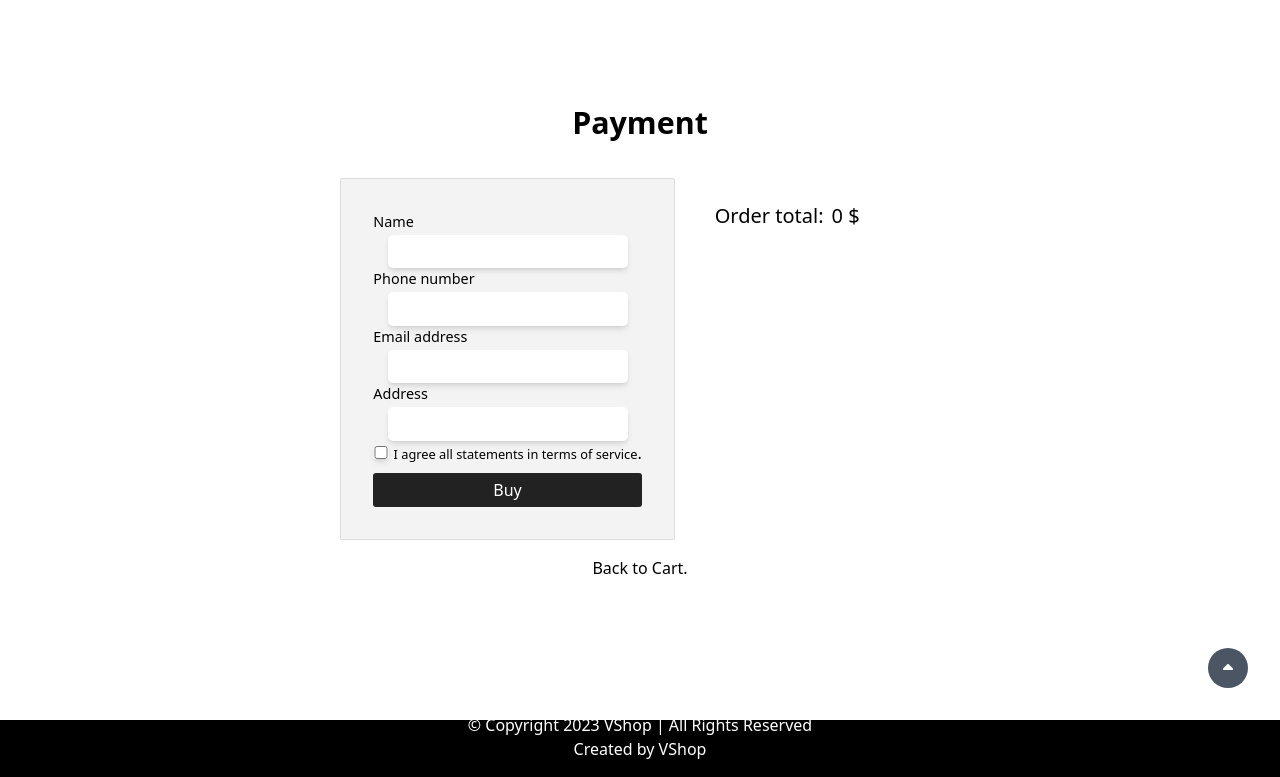
Repository: Kith933UTH/VSHOP
Page: /payment
An editor plug-in stored every save of this project. The page is shown before and after the next save, followed by the edit.
The browser window is 1280 px wide. The pictures show the whole page.
Pictures or frames that could not be fetched are drawn as grey boxes. The project was rebuilt for these pictures with package versions that can differ from the ones it lists, and the page was loaded fresh each time. Also part of the build but not shown: src/components/product-item/ProductItem.js, src/components/loader/Loader.js, src/constants/constants.js, src/components/product-filters/Category.js, src/components/product-filters/Price.js, src/components/product-filters/Rating.js, src/components/product-filters/ProductFilters.js, src/components/cart-shopping/CartEmpty.js and 20 more.

Above is the page before, as saved 2023-08-04 21:46:46.

### public/index.html
<!DOCTYPE html>
<html lang="en">
  <head>
    <meta charset="utf-8" />
    <link rel="icon" href="./logo.png" />
    <meta name="viewport" content="width=device-width, initial-scale=1" />
    <meta name="theme-color" content="#000000" />
    <meta
      name="description"
      content="Web site created using create-react-app"
    />
    <link rel="apple-touch-icon" href="%PUBLIC_URL%/logo192.png" />
    <!--
      manifest.json provides metadata used when your web app is installed on a
      user's mobile device or desktop. See https://developers.google.com/web/fundamentals/web-app-manifest/
    -->
    <link rel="manifest" href="%PUBLIC_URL%/manifest.json" />
    <!--
      Notice the use of %PUBLIC_URL% in the tags above.
      It will be replaced with the URL of the `public` folder during the build.
      Only files inside the `public` folder can be referenced from the HTML.

      Unlike "/favicon.ico" or "favicon.ico", "%PUBLIC_URL%/favicon.ico" will
      work correctly both with client-side routing and a non-root public URL.
      Learn how to configure a non-root public URL by running `npm run build`.
    -->
    <title>VShop</title>
  </head>
  <body>
    <noscript>You need to enable JavaScript to run this app.</noscript>
    <div id="root"></div>
  </body>
</html>

### src/index.js
import React from 'react'
import ReactDOM from 'react-dom/client'
import App from './App'
import {Provider} from "react-redux"
import {BrowserRouter} from "react-router-dom"
import {store} from "./redux"
import './index.css'

const root = ReactDOM.createRoot(document.getElementById('root'))
root.render(
    <Provider store={store}>
        <BrowserRouter>
            <App />
        </BrowserRouter>
    </Provider>
)

### src/redux/index.js
import {configureStore} from "@reduxjs/toolkit"
import {productsApi} from "./products/products.api"
import {productReducer} from "./products/products.slice"
import {setupListeners} from "@reduxjs/toolkit/query"

export const store = configureStore({
    reducer: {
        [productsApi.reducerPath]: productsApi.reducer,
        product: productReducer
    },
    middleware: getDefaultMiddleware => getDefaultMiddleware().concat(productsApi.middleware)
})

setupListeners(store.dispatch)

### src/index.css
@tailwind base;
@tailwind components;
@tailwind utilities;

@layer utilities {
    input[type="number"]::-webkit-inner-spin-button,
    input[type="number"]::-webkit-outer-spin-button {
        @apply appearance-none;
    }
}

html, body {
    width: 100%;
    height: 100%;
}

body::-webkit-scrollbar,
.box-item::-webkit-scrollbar,
.search-box::-webkit-scrollbar{
    width: 8px;
}

main {
    display: flex;
    flex-direction: column;
    height: 100%;
}

body::-webkit-scrollbar-thumb,
.box-item::-webkit-scrollbar-thumb,
.search-box::-webkit-scrollbar-thumb{
    background-color: #ccc;
    border-radius: 20px;
}

#root {
    height: 100%;
}

body {
    overflow: hidden;
}

.productItem:hover {
    transition: opacity .3s linear;
    opacity: .5;
}

.box-item {
    height: 320px;
    overflow-y: scroll;
}

/* Loader */
.loader-box {
    width: 100px;
    height: 100px;
    display: flex;
    justify-content: center;
    align-items: center;
    margin: 50px auto 0;
}

.loader{
    position: relative;
    width: 70px;
    height: 70px;
}

.loader span {
    position: absolute;
    top:0;
    left: 0;
    width: 100%;
    height: 100%;
    transform: rotate(calc(18deg * var(--i)));
}

.loader span::before {
    content:'';
    position: absolute;
    top: 0;
    left: 0;
    width: 10px;
    height: 10px;
    background: #000;
    border-radius: 50%;
    transform: scale(0);
    animation: animate 2s linear infinite;
    animation-delay: calc(0.1s * var(--i));
}
@keyframes animate {
    0%{
        transform: scale(0);
    }
    10%{
        transform: scale(1.2);
    }
    80%,100%{
        transform: scale(0);
    }
}

### src/context/context.js
import {createContext} from "react"

export const Context = createContext()

### src/components/footer/Footer.js
import React from "react"
import { Contact } from "../contact/Contact"
import { Policy } from "../policy/Policy"
export function Footer() {
    return (
        <footer className='bg-black text-white in-h-fit'>
            {/* <div className='max-w-[1240px] mx-auto py-2 text-sm sm:text-base'>
                <div className='flex justify-center'>
                    <a href='https://github.com/VolodymyrGoshko/react-shop'
                       target='_blank'
                       rel="noreferrer"
                       className='capitalize border-b mb-3 text-base hover:text-gray-300 transition'
                    >
                        view source code on github
                    </a>
                </div>
                <div className='flex justify-center flex-col items-center'>
                    <p className='text-center'>© Copyright 2022 React Shop | All Rights Reserved</p>
                    <a href='https://www.linkedin.com/in/volodymyr-goshko-656ab920b/'
                       target="_blank"
                       rel="noreferrer"
                       className='hover:text-gray-300 transition'
                    >
                        Created by Volodymyr Goshko
                    </a>
                </div>
            </div> */}
            <Contact />
            <Policy />
            <div className='flex justify-center flex-col items-center my-4'>
                    <p className='text-center'>© Copyright 2023 VShop | All Rights Reserved</p>
                    <a href='#' className='hover:text-gray-300 transition' >
                        Created by VShop
                    </a>
                </div>
        </footer>
    )
}

### src/components/btn-scroll/BtnScroll.js
import React from "react"
import {FontAwesomeIcon} from "@fortawesome/react-fontawesome"
import {faCaretUp} from "@fortawesome/free-solid-svg-icons"

export function BtnScroll() {
    const topClick = () => {
        const body = document.querySelector('body').getBoundingClientRect().top + window.scrollY
        window.scroll({
            top: body,
            behavior: 'smooth'
        })
    }

    return (
        <button
            className='fixed bottom-8 right-4 bg-gray-600 text-white rounded-full w-[30px] h-[30px] md:w-[40px] md:h-[40px] md:right-8 md:bottom-8 z-20 shadow-gray-600'
            onClick={topClick}
        >
            <FontAwesomeIcon icon={faCaretUp}/>
        </button>
    )
}

### src/components/payment/Payment.js
import React from "react"
import {useDispatch, useSelector} from "react-redux"
import { Link } from "react-router-dom"
import { CartItemPayment } from "./CartItemPayment"
export function Payment({login}) {
    const {cart, btnCart} = useSelector(state => state.product)
    const totalPrice = () => {
        let price = 0
        cart.forEach(item => price += item.price * item.quantity)
        return Math.round(price * 0.9 * 100) / 100
    }
    return (
        <div className="register-page text-center m-5-auto">
            <h2>Payment</h2>
            <div className="flex flex-row justify-center">
                <form action="/success">
                    <p>
                        <label>Name</label><br/>
                        <input className='shadow-md' type="text" name="name" required />
                    </p>
                    <p>
                        <label>Phone number</label><br/>
                        <input className='shadow-md' type="tel" name="tel" required />
                    </p>
                    <p>
                        <label>Email address</label><br/>
                        <input className='shadow-md' type="email" name="email" required />
                    </p>
                    <p>
                        <label>Address</label><br/>
                        <input className='shadow-md'  type="text" name="address" required />
                    </p>
                    <p className='mb-2'>
                        <input className='shadow-md' type="checkbox" name="checkbox" id="checkbox" required /> <span>I agree all statements in <a href="https://google.com" target="_blank" rel="noopener noreferrer">terms of service</a></span>.
                    </p>
                    <p>
                        <button id="sub_btn" type="submit">Buy</button>
                    </p>
                </form>
                <div className={`sm:py-4 sm:px-6 ${cart.length > 2 ? 'box-item' : ''}`}>
                    {cart.map(item => <CartItemPayment key={item.id} item={item}/>)}
                    <div className='flex justify-center pr-0 sm:py-4 sm:pr-6 sm:justify-end'>
                        <div className='w-fit rounded-xl flex flex-col justify-between items-center sm:flex-row sm:py-6 sm:px-4'>
                            <div className='mr-0 sm:mr-4'>
                                <span className='mr-2 text-base sm:text-xl'>Order total:</span>
                                <span className='text-base sm:text-xl'>{totalPrice()} $</span>
                            </div>
                        </div>
                    </div>
                </div>
            </div>
            <footer>
                <p><Link to="/">Back to Cart</Link>.</p>
            </footer>
        </div>
    )
}

### src/redux/products/products.api.js
import {createApi, fetchBaseQuery} from "@reduxjs/toolkit/query/react"

export const productsApi = createApi({
    reducerPath: 'products/api',
    baseQuery: fetchBaseQuery({
        baseUrl: 'https://fakestoreapi.com'
    }),
    // refetchOnFocus: true,
    endpoints: build => ({
        getProductsAll: build.query({
            query:() => ({
                url: '/products'
            })
        }),
        getProductById: build.query({
            query:(id) => ({
                url: `/products/${id}`
            })
        }),
        getProductByCategory: build.query({
            query:(category) => ({
                url: `/products/category/${category}`
            })
        })
    })
})

export const {
    useGetProductsAllQuery,
    useGetProductByIdQuery,
    useGetProductByCategoryQuery
} = productsApi

### src/redux/products/products.slice.js
import {createSlice} from "@reduxjs/toolkit"

const productsSlice = createSlice({
    name: 'products',
    initialState: {
        cart: [],
        btnCart: null,
        filters: {},
        search: false,
        searchFilterProducts: null
    },
    reducers: {
        clearCart(state, action) {
            state.cart = state.cart.slice(0, action.payload)
        },
        addProductToCart(state, action) {
            state.cart.push({...action.payload, quantity: 1})
        },
        incrementProductInCart(state, action) {
            const item = state.cart.find(item => item.id === action.payload)
            item.quantity++
        },
        decrementProductInCart(state, action) {
            const item = state.cart.find(item => item.id === action.payload)
            if (item.quantity === 1) {
                item.quantity = 1
            } else {
                item.quantity--
            }
        },
        toggleBtnCart(state, action) {
            state.btnCart = action.payload
        },
        removeItemFromCart(state, action) {
            state.cart = state.cart.filter(el => el.id !== action.payload)
        },
        filtersProductsByCategory(state, action) {
            state.filters = action.payload
        },
        toggleSearchForm(state, action) {
            state.search = action.payload
        },
        setSearchFilterProducts(state, action) {
            state.searchFilterProducts = action.payload
        }
    },
})

export const productReducer = productsSlice.reducer
export const {
    clearCart,
    addProductToCart,
    incrementProductInCart,
    decrementProductInCart,
    toggleBtnCart,
    removeItemFromCart,
    filtersProductsByCategory,
    toggleSearchForm,
    setSearchFilterProducts
} = productsSlice.actions

### src/components/policy/Policy.js
import React from "react"
import { Link } from "react-router-dom"
export function Policy() {
    return (
        <div className='text-white in-h-fit max-w-[1240px] mx-auto py-2 text-sm sm:text-base flex justify-around items-cente'>
            <Link className='text-lg font-medium text-center' to='/return-policy'>
                RETURN POLICIES
            </Link>
            <Link className='text-lg font-medium text-center' to='/warranty-policy'>
                WARRANTY POLICIES
            </Link>
            <Link className='text-lg font-medium text-center' to='/shipping-policy'>
                SHIPPING POLICIES
            </Link>
        </div>
    )
}

### src/components/login/index.css
/* .m-5-auto {
    margin: 5rem auto
} */

.primary-button {
    margin-top: 5rem;
    margin-right: 1rem;
    padding: .6rem;
    width: 10rem;
    background: #222;
    border: none;
    color: #fff;
    font-size: 1.2rem;
    transition: all .5s;
    cursor: pointer;
    text-transform: capitalize
}

/***    Landing Page     ***/
.main-title,
.main-para {
    color: #f1f1f1
}

.main-title {
    padding-top: 10rem;
    font-size: 5rem;
    font-family: 'Fascinate', cursive;
    text-transform: uppercase
}

.main-para {
    font-size: 2.5rem;
    text-Transform: capitalize
}

#reg_btn span {
    display: inline-block;
    position: relative;
    transition: 0.5s;
}

#reg_btn span:after {
    content: '\00bb';
    position: absolute;
    opacity: 0;
    top: 0;
    right: -20px;
    transition: 0.5s;
}

#reg_btn:hover span {
  padding-right: 25px;
}

#reg_btn:hover span:after {
  opacity: 1;
  right: 0;
}

/***    Login Page     ***/
.login-page h2 {
    font-weight: 700;
    font-size: 1.9rem;
}
.login-page {
    position: fixed;
    top: 0;
    left: 0;
    right: 0;
    bottom: 0;
    z-index: 10;
    background-color: white;
    padding-top: 100px;
}

.login-page form {
    display: inline-block;
    background: #f3f3f3;
    border: 1px solid #ddd;
    border-radius: 2px;
    padding: 2rem;
    margin: 2rem 0 1rem 0
}

.login-page form label {
    float: left;
    font-size: .9rem;
    margin: 0;
    padding: 0
}

.right-label {
    float: right;
    cursor: pointer
}

.login-page input {
    width: 15rem;
    padding: .3rem;
    border-radius: 5px;
    outline: none;
    border: none
}

#sub_btn {
    display: block;
    width: 100%;
    padding: .3rem;
    border: none;
    background: #222;
    color: #fff;
    border-radius: 3px;
}

#sub_btn:hover {
    background: #333;
    transition: all .5s
}

/* footer p {
    margin: 0;
    font-size: .9rem
} */

/***    Register Page     ***/
#checkbox {
    width: 1rem
}

form span {
    font-size: .8rem
}

#reset_pass_lbl {
    float: left
}

/***    Home Page     ***/
.home-page-title {
    color: #222
}


.register-page input {
    width: 15rem;
    padding: .3rem;
    border-radius: 5px;
    outline: none;
    border: none
}

.register-page h2 {
    font-weight: 700;
    font-size: 1.9rem;
}
.register-page {
    position: fixed;
    top: 0;
    left: 0;
    right: 0;
    bottom: 0;
    z-index: 10;
    background-color: white;
    padding-top: 100px;
}

.register-page form {
    display: inline-block;
    background: #f3f3f3;
    border: 1px solid #ddd;
    border-radius: 2px;
    padding: 2rem;
    margin: 2rem 0 1rem 0
}

.register-page form label {
    float: left;
    font-size: .9rem;
    margin: 0;
    padding: 0
}

### src/components/contact/index.css
.contact-section {
    /* height: 96vh; */
    width: 100%;
    border-bottom: 1px solid #999;
}

.form-area {
    position: relative;
    /* height:84vh; */
    width: 100%;
    background: black;
    -webkit-box-sizing: border-box;
    box-sizing: border-box;
}

.form-area .form-wrap {
    /* position: absolute; */
    /* left: 50%;
    -webkit-transform: translateX(-50%);
    -ms-transform: translateX(-50%);
    transform: translateX(-50%); */
    width: 1120px;
    background-color: white;
    background-size: cover;
    background-position: center;
    border-radius: 0.2rem;
    -webkit-box-sizing: border-box;
    box-sizing: border-box;
    -webkit-box-shadow: 0 0 0.4rem 0 #999;
    box-shadow: 0 0 0.4rem 0 #999;
}

.form-wrap .title {
    padding-top: 2.4rem;
    width: 100%;
    -webkit-box-sizing: border-box;
    box-sizing: border-box;
}

.form-wrap .title h1 {
    color: black;
    font-size: 2.6rem;
    text-align: center;
}

.form-wrap .contact-area {
    padding-top: 3rem;
    display: -webkit-box;
    display: -ms-flexbox;
    display: flex;
    width: 100%;
    height: auto;
    -webkit-box-sizing: border-box;
    box-sizing: border-box;
}

.contact-area .contact-info {
    display: flex;
    flex-direction: column;
    justify-content: center;
    align-items: center;
    width: 35%;
    height: 100%;
    margin-left: 6rem;
}

.contact-info>div {
    margin-bottom: 1rem;
    display: -webkit-box;
    display: -ms-flexbox;
    display: flex;
    -webkit-box-align: center;
    -ms-flex-align: center;
    align-items: center;
}

.contact-info>div>p {
    color: #333;
    font-size: 1.4rem;
    font-weight: 500;
    text-align: center;
}

.contact-info>div>span {
    color: #61790a;
    font-size: 2rem;
    margin-right: 0.8rem;
}

.contact-area .contact-form {
    display: -webkit-box;
    display: -ms-flexbox;
    display: flex;
    -webkit-box-orient: vertical;
    -webkit-box-direction: normal;
    -ms-flex-direction: column;
    flex-direction: column;
    width: 60%;
    height: auto;
    padding: 0 3rem;
    -webkit-box-sizing: border-box;
    box-sizing: border-box;
}

.contact-form .name-field {
    display: -webkit-box;
    display: -ms-flexbox;
    display: flex;
    -webkit-box-pack: justify;
    -ms-flex-pack: justify;
    justify-content: space-between;
}

.name-field .input-area {
    width: 48%;
}

.contact-form .input-area {
    position: relative;
    margin-bottom: 2rem;
}

.input-area input {
    height: 3rem;
    width: 100%;
    color: #333;
    font-size: 1.2rem;
    border: 2px solid #fff;
    border-radius: 0.2rem;
    /* background: #eff; */
    -webkit-box-shadow: 0 0 0.1rem #666;
    box-shadow: 0 0 0.1rem #666;
    outline: none;
    padding: 0 1rem;
    -webkit-box-sizing: border-box;
    box-sizing: border-box;
    -webkit-transition: all 0.3s ease;
    -o-transition: all 0.3s ease;
    transition: all 0.3s ease;
}

.input-area label {
    position: absolute;
    top: 50%;
    left: 1rem;
    -webkit-transform: translateY(-50%);
    -ms-transform: translateY(-50%);
    transform: translateY(-50%);
    color: #333;
    font-size: 1.2rem;
    font-weight: 500;
    -webkit-transition: all 0.3s ease;
    -o-transition: all 0.3s ease;
    transition: all 0.3s ease;
}

.input-area input:focus~label,
.input-area input:valid~label {
    top: -0.8rem;
    left: 0;
    color: #fff;
    background: #111;
    border-radius: 5px;
    padding: 0.2rem;
    font-size: 1rem;
}

.contact-form .message-area {
    position: relative;
    -webkit-box-flex: 1;
    -ms-flex: 1 1 auto;
    flex: 1 1 auto;
    height: 200px;
    width: 100%;
}

.message-area textarea {
    height: 100%;
    width: 100%;
    border: 2px solid #fff;
    outline: none;
    font-size: 1.2rem;
    padding: 1rem;
    color: #333;
    -webkit-box-sizing: border-box;
    box-sizing: border-box;
    -webkit-box-shadow: 0 0 0.1rem #666;
    box-shadow: 0 0 0.1rem #666;
    border-radius: 0.2rem;
    resize: vertical;
    -webkit-transition: all 0.3s ease;
    -o-transition: all 0.3s ease;
    transition: all 0.3s ease;
}

.message-area label {
    position: absolute;
    color: #333;
    font-weight: 500;
    font-size: 1.2rem;
    top: 1rem;
    left: 1rem;
    -webkit-transition: all 0.3s ease;
    -o-transition: all 0.3s ease;
    transition: all 0.3s ease;
}

.message-area textarea:focus~label,
.message-area textarea:valid~label {
    top: -1.6rem;
    left: 0;
    color: #fff;
    padding: 0.2rem;
    background: #111;
    font-size: 1rem;
}

.contact-form .btn {
    margin-top: 1.8rem;
}

.contact-form .btn button {
    height: 3.2rem;
    width: 8rem;
    border: none;
    outline: none;
    color: #fff;
    font-size: 1.2rem;
    background: black;
    border-radius: 0.1rem;
    cursor: pointer;
}

#contact.menu-active {
    padding-top: 2rem;
}

### src/components/contact/reponsive.css
@media screen and (min-width: 940px) and (max-width: 1360px) {
    /* .contact-section {
        height: 107vh;
    } */
    .form-area .form-wrap {
        width: 90%;
        height: 620px;
    }
}

@media screen and (max-width: 1040px) {
    .contact-area .contact-info {
        margin-left: 0;
        display: flex;
        flex-direction: column;
        justify-content: center;
        align-items: center;
    }

    .contact-area .contact-form {
        padding: 0 1.8rem;
    }

}



@media screen and (max-width: 940px) {
    /* .contact-section {
        height: 148vh;
    } */

    .form-area .form-wrap {
        padding-bottom: 3.6rem;
        width: 80%;
        height: auto;
    }

    .form-wrap .contact-area {
        -webkit-box-orient: vertical;
        -webkit-box-direction: normal;
        -ms-flex-direction: column;
        flex-direction: column;
        -webkit-box-pack: center;
        -ms-flex-pack: center;
        justify-content: center;
    }

    .contact-area .contact-info {
        width: 100%;
    }

    .contact-area .contact-form {
        width: 100%;
        padding: 1rem 4rem 0 4rem;
    }
}

/*
@media screen and (max-width: 836px) {
    .contact-section {
        min-height: 96vh;
    }
} */

@media screen and (max-width: 770px) {
    .contact-section {
        height: 1100px;
    }

    .form-area .form-wrap {
        width: 88%;
        height: auto;
    }
}

@media screen and (max-width: 680px) {
    .contact-section {
        height: 1100px;
    }


    .form-area .form-wrap {
        /* top: -82%; */
        width: 88%;
        height: auto;
    }

}


@media screen and (max-width: 490px) {
    .contact-section {
        height: 1100px;
    }

    .contact-area .contact-info {
        width: 88%;
        margin-left: 1.2rem;
    }

    .form-area .form-wrap {
        /* top: -82%; */
        width: 88%;
        height: auto;
    }

    .contact-info>div>p {
        font-size: 1.2rem;
    }

    .contact-area .contact-form {
        margin-top: 1.4rem;
        padding: 0 1.2rem;
    }

}

@media screen and (max-width: 390px) {
    .contact-section {
        height: 1130px;
    }

    .contact-area .contact-info {
        width: 80%;
        /* margin-left: 1.2rem; */
    }

    .form-area .form-wrap {
        width: 90%;
        height: auto;
    }

    .contact-info>div>p {
        font-size: 1.2rem;
    }

    .contact-area .contact-form {
        width: 100%;
        padding: 1rem 1rem 0 1rem;
    }
}


@media screen and (max-width: 340px) {
    .contact-section {
        height: 980px;
    }

    .form-area .form-wrap {
        top: -86%;
        width: 96%;
    }

    .contact-area  {
        width: 100%;
    }

    .contact-area .contact-info {
        width: 100%;
        margin-left: 1rem;
    }

    .form-wrap .title h1 {
        font-size: 2rem;
    }

    .contact-info>h2 {
        font-size: 1.6rem;
    }

    .contact-info>div>p {
        font-size: 1rem;
    }

    .contact-info>div>span {
        font-size: 1.2rem;
    }

    .input-area label {
        font-size: 1rem;
    }

    .message-area label {
        font-size: 1rem;
    }

}

Loaded but not shown: tailwind.config.js (common file); src/components/contact/Contact.js (66 lines, source omitted); src/App.js (43 lines, source omitted)

After the next save:
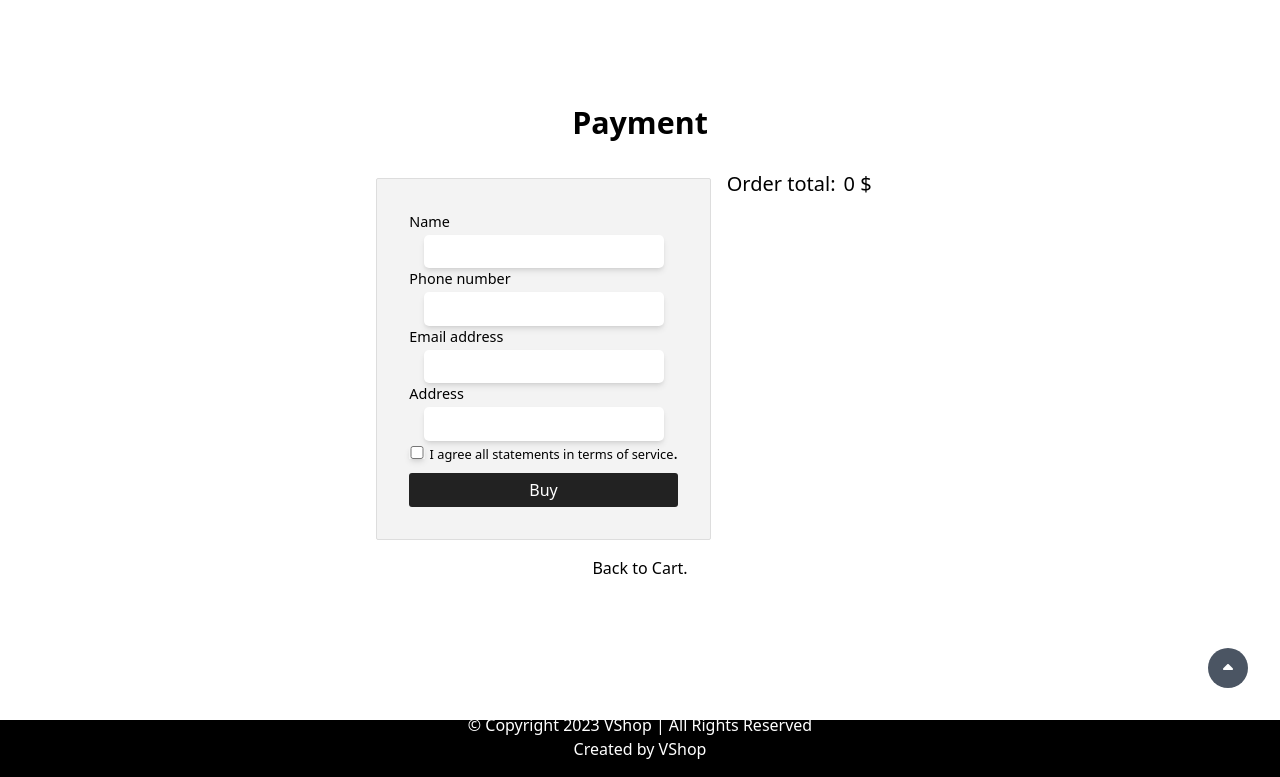
Saved 43 s later.
--- a/src/components/payment/Payment.js
+++ b/src/components/payment/Payment.js
@@ -37,9 +37,9 @@ export function Payment({login}) {
                         <button id="sub_btn" type="submit">Buy</button>
                     </p>
                 </form>
-                <div className={`sm:py-4 sm:px-6 ${cart.length > 2 ? 'box-item' : ''}`}>
+                <div className={`${cart.length > 2 ? 'box-item' : ''}`}>
                     {cart.map(item => <CartItemPayment key={item.id} item={item}/>)}
-                    <div className='flex justify-center pr-0 sm:py-4 sm:pr-6 sm:justify-end'>
+                    <div className='flex justify-center sm:justify-end'>
                         <div className='w-fit rounded-xl flex flex-col justify-between items-center sm:flex-row sm:py-6 sm:px-4'>
                             <div className='mr-0 sm:mr-4'>
                                 <span className='mr-2 text-base sm:text-xl'>Order total:</span>
